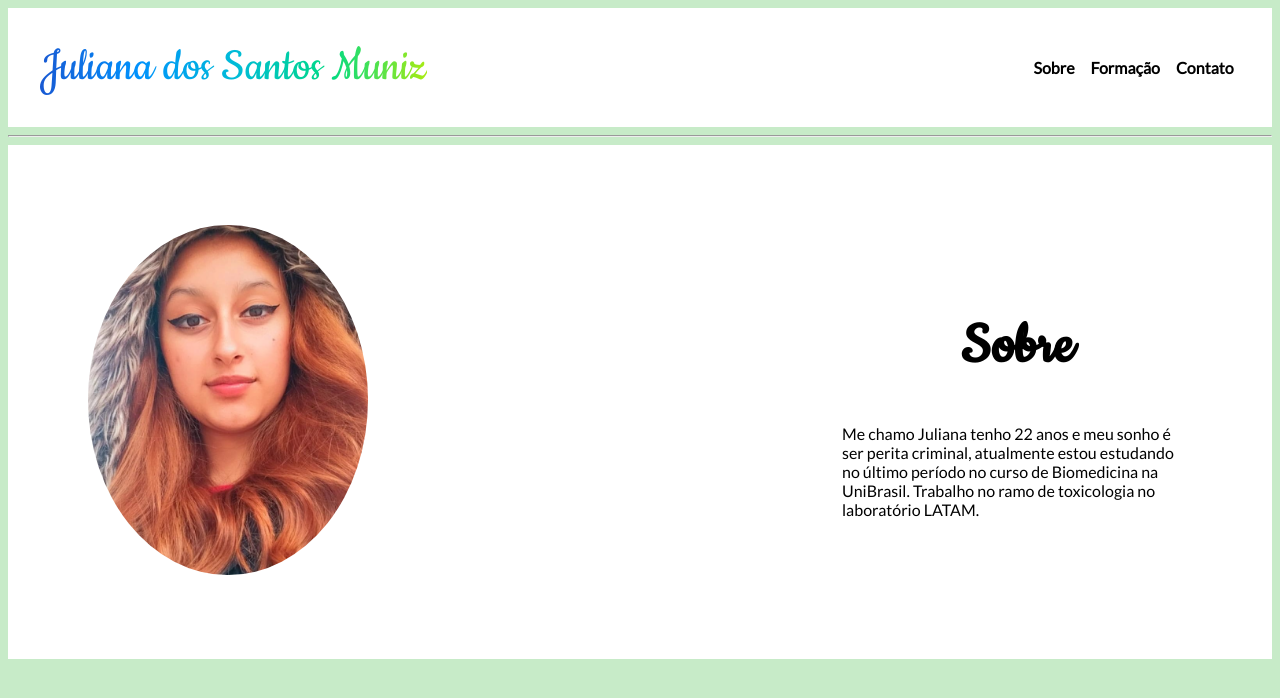
Repository: joaovnogueira/Portfolio-Juliana
Page: index.html
An editor plug-in stored every save of this project. The page is shown before and after the next save, followed by the edit.
The browser window is 1280 px wide. The pictures show the whole page.

Above is the page before, as saved 2022-06-14 16:15:01.

After the next save:
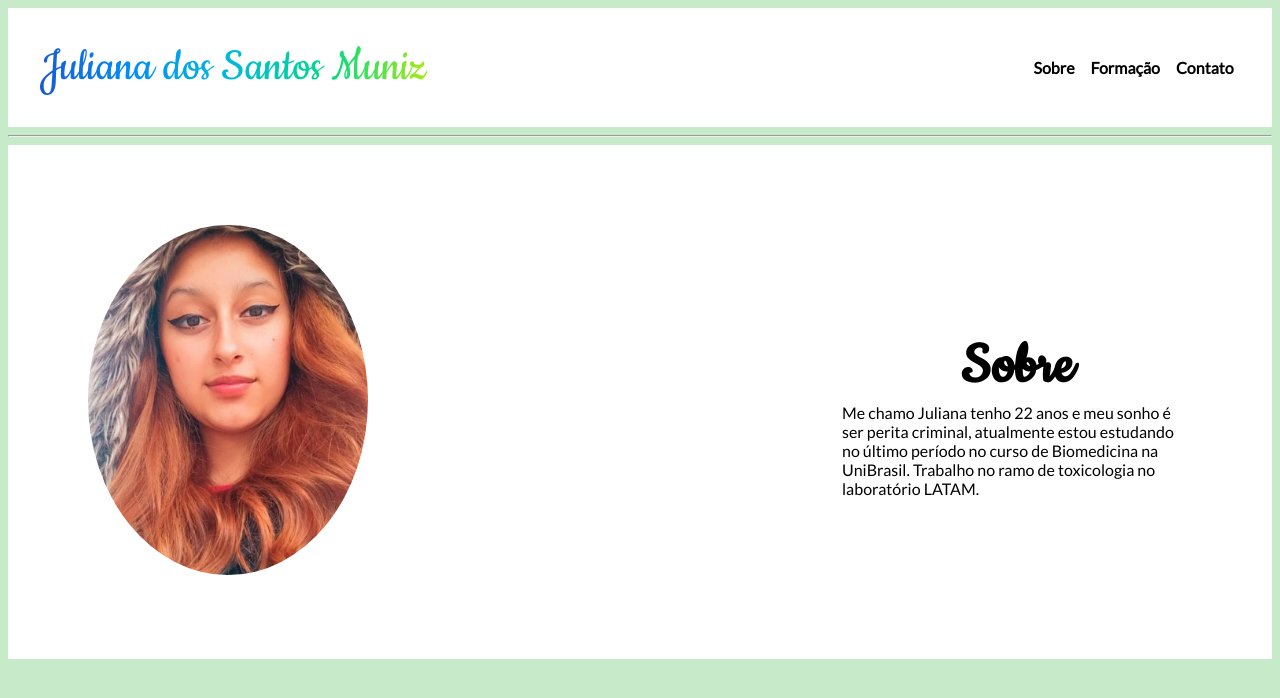
Saved 8 s later.
--- a/styles.css
+++ b/styles.css
@@ -70,6 +70,7 @@ h1{
     font-weight: bold;
     font-size: 64px;
     vertical-align:middle;
+    margin-bottom: 1px;
 }
 
 p{
